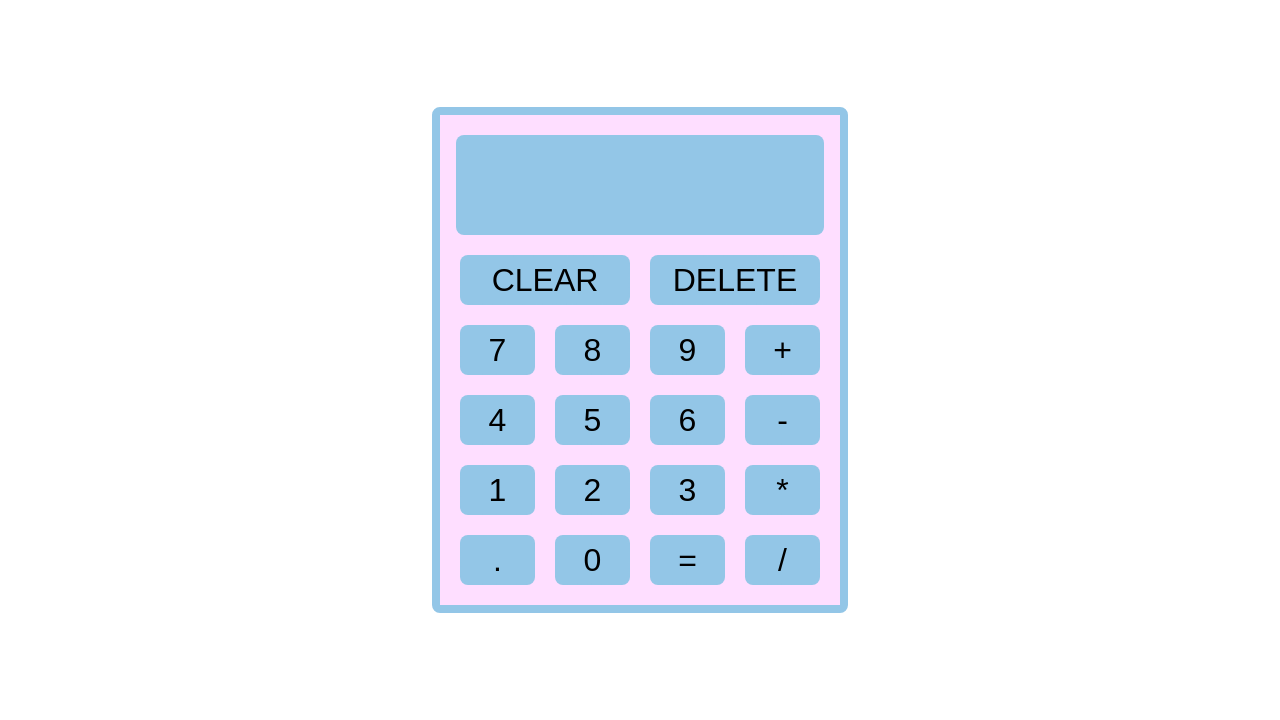
Repository: yeetzpxoci/calculator
Page: index.html
These files come from the project's save history. The page is drawn as it stood at one moment and after the next save; the edit follows.
The browser window is 1280 px wide. The pictures show the whole page.

Above is the page before, as saved 2023-02-05 13:58:12.

### index.html
<!doctype html>
<html lang="en">

<head>
    <meta charset="utf-8">
    <title>CALC YA LATER</title>
    <meta name="calculator" content="calculates">
    <link rel="stylesheet" href="style.css">
    <link rel="preconnect" href="https://fonts.googleapis.com">
    <link rel="preconnect" href="https://fonts.gstatic.com" crossorigin>
    <link href="https://fonts.googleapis.com/css2?family=Roboto&display=swap" rel="stylesheet">

</head>

<body>
    <div class="calculator-container">
        <div id="display" class="display">
            1234
        </div>
        <div class="button-container">
            <button class="clear-button">CLEAR</button>
            <button class="delete-button">DELETE</button>
            <button class="number-button">7</button>
            <button class="number-button">8</button>
            <button class="number-button">9</button>
            <button class="operator-button">+</button>
            <button class="number-button">4</button>
            <button class="number-button">5</button>
            <button class="number-button">6</button>
            <button class="operator-button">-</button>
            <button class="number-button">1</button>
            <button class="number-button">2</button>
            <button class="number-button">3</button>
            <button class="operator-button">*</button>
            <button class="floating-point">.</button>
            <button class="number-button">0</button>
            <button class="equal-button">=</button>
            <button class="operator-button">/</button>
        </div>
    </div>
</body>

<script src="script.js"></script>

</html>

### style.css
html, body {
    display: flex;
    min-height: 100%;
    justify-content: center;
    align-items: center;
}

.calculator-container {
    background-color: #FEDEFF;
    height: 490px;
    width: 400px;
    border-radius: 8px;
    border-width: 8px;
    border-style: solid;
    border-color: #93C6E7;
    display: flex;
    flex-direction: column;
    flex-wrap: wrap;
    justify-content: flex-start;
    align-items: center;
}

.display {
    background-color: #93C6E7;
    height: 100px;
    width: 360px;
    border-radius: 8px;
    display: flex;
    justify-content: flex-end;
    align-items: center;
    font-size: 64px;
    font-family: Roboto;
    font-weight: 900;
    padding-right: 8px;
    margin-top: 20px;
}

.button-container {
    display: flex;
    flex-wrap: wrap;
    align-items: center;
    justify-content: space-around;
    gap: 20px;
    margin: 20px;
}

.clear-button, .delete-button {
    font-size: 32px;
    height: 50px;
    width: 170px;
    border-style: dashed;
    border-radius: 8px;
    border-color: #93C6E7;
    background-color: #93C6E7;
}

.number-button, .operator-button, .equal-button, .floating-point {
    height: 50px;
    width: 75px;
    font-size: 32px;
    border-style: dashed;
    border-radius: 8px;
    border-color: #93C6E7;
    background-color: #93C6E7;
}

### script.js
function add(a, b) {
    return a + b
}

function subtract(a, b) {
    return a - b
}

function multiply(a, b) {
    return a * b
}

function divide(a, b) {
    return a / b
}

function operate(operator, a, b) {
    switch (operator) {
        case '+': result = add(a, b); break;
        case '-': result = subtract(a, b); break;
        case '*': result = multiply(a, b); break;
        case '/': result = divide(a, b); break;
    }
    return result;
}

var first_value = 0;
var second_value = 0;
var current_operator = "";

const display = document.getElementById("display")
display.innerHTML = ""

document.querySelectorAll(".number-button").forEach(function(element) {
    element.addEventListener("click", function () {
        if (display.innerHTML === current_operator) {
            display.innerHTML = "";
            display.innerHTML = display.innerHTML + this.innerHTML;
        } else {
            display.innerHTML = display.innerHTML + this.innerHTML;
        }
    })
})

document.querySelectorAll(".operator-button").forEach(function (element) {
    element.addEventListener("click", function () {
        if (current_operator === "") {
            first_value = parseFloat(display.innerHTML);
            display.innerHTML = this.innerHTML;
        } else {
            display.innerHTML = this.innerHTML;
        }
        current_operator = display.innerHTML;
    })
})

document.querySelector(".clear-button").addEventListener("click", function () {
    display.innerHTML = ""
    var first_value = 0;
    var second_value = 0;
    var current_operator = "";
;})

document.querySelector(".delete-button").addEventListener("click", function () {
    display.innerHTML = display.innerHTML.slice(0, -1);
})

document.querySelector(".floating-point").addEventListener("click", function () {
    display.innerHTML = display.innerHTML + this.innerHTML;
})

document.querySelector(".equal-button").addEventListener("click", function () {
    if (current_operator !== "") {
        second_value = parseFloat(display.innerHTML);
        if (current_operator === "/" && second_value == 0) {
            alert("Error: division by 0 is undefined.");
        } else {
            display.innerHTML = String(Math.round(operate(current_operator, first_value, second_value) * 100) / 100);
        }
    }
    current_operator = "";
})

After the next save:
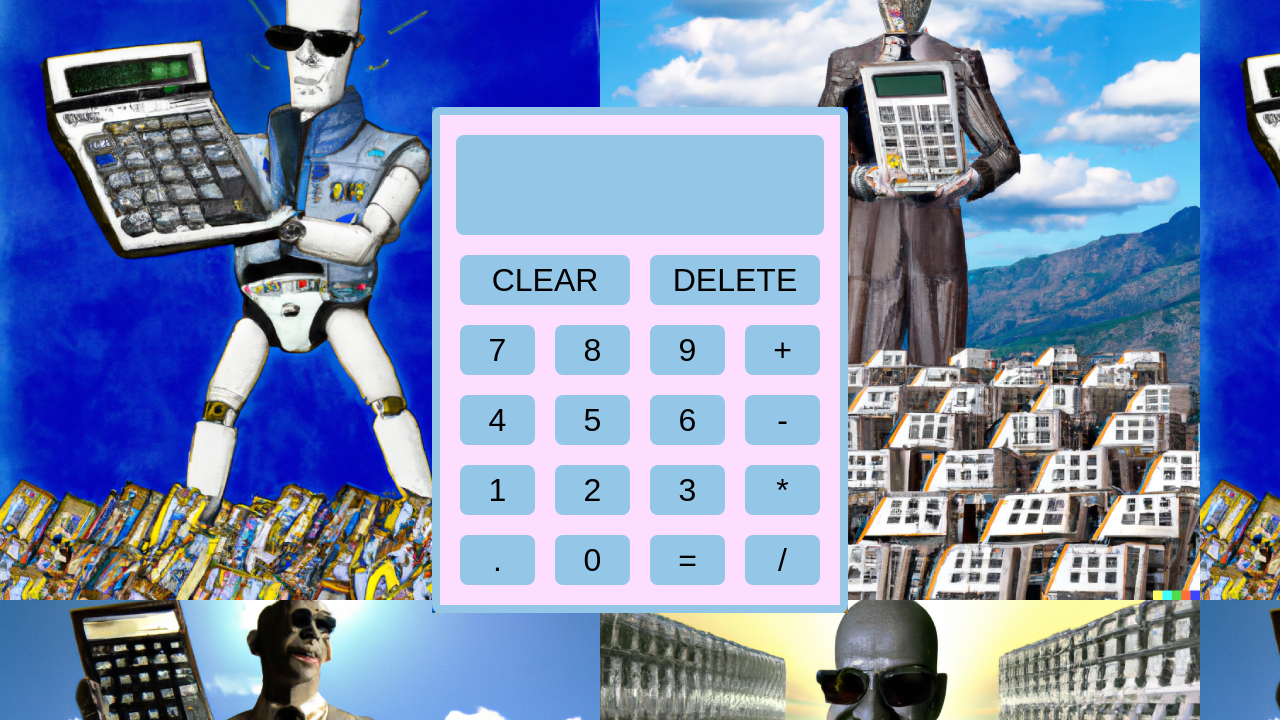
Saved 25 s later.
--- a/style.css
+++ b/style.css
@@ -1,4 +1,5 @@
 html, body {
+    background-image: url("ab4.png");
     display: flex;
     min-height: 100%;
     justify-content: center;
